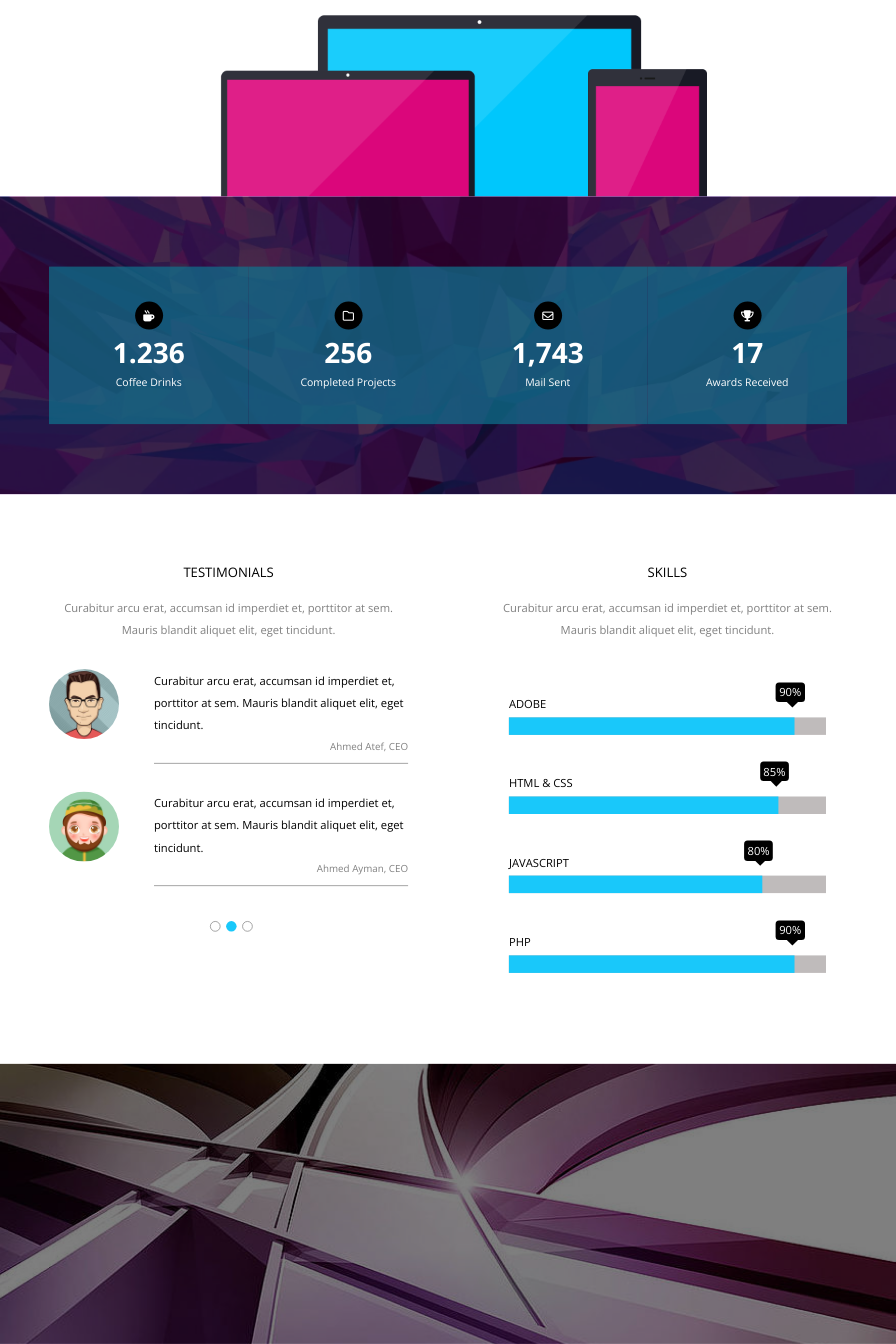
Repository: Ahmed123rezk123/Template_2
Page: index.html
The author's editor kept a copy of each file at every save. The page is drawn from the files as they stood at one save, then again after the next save.
The browser window is 1280 px wide. The pictures show the part of the page from y = 4347 to 6267 px (the page is 6267 px tall before and 6167 px after), at 70% of full size.
A picture or video elsewhere on the page could not be fetched, so the positions and the page height are approximate. Some web fonts or font styles are not loaded; a fallback is used.

Above is the page before, as saved 2024-04-15 19:26:07.

After the next save:
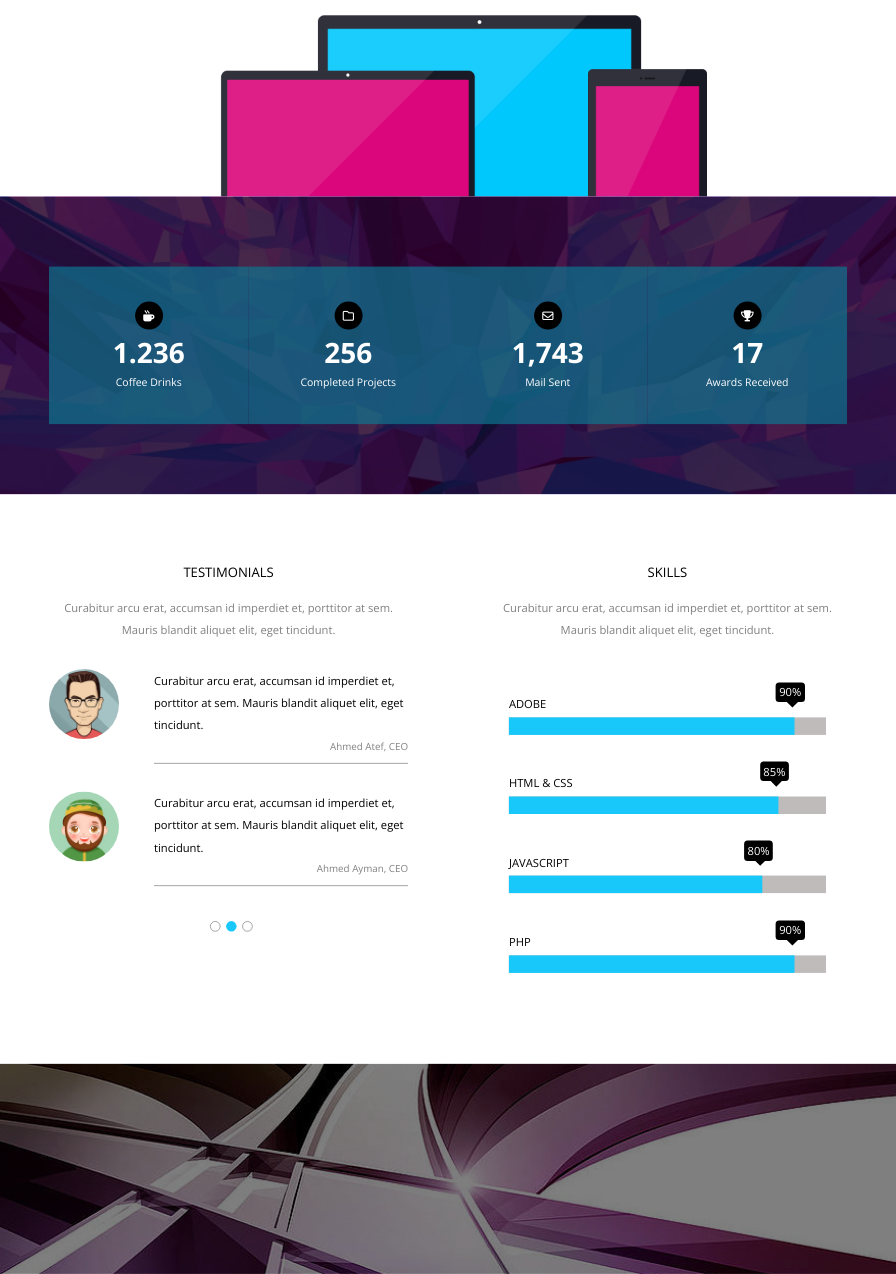
Saved 5 s later.
--- a/css/kasper.css
+++ b/css/kasper.css
@@ -797,7 +797,7 @@ margin-right: 50px;
 background-image: url(/images/quote.jpg);
 background-size: cover;
 position: relative;
-height: 400px;
+height: 300px;
 }
 .quote .container {
     position: absolute;
